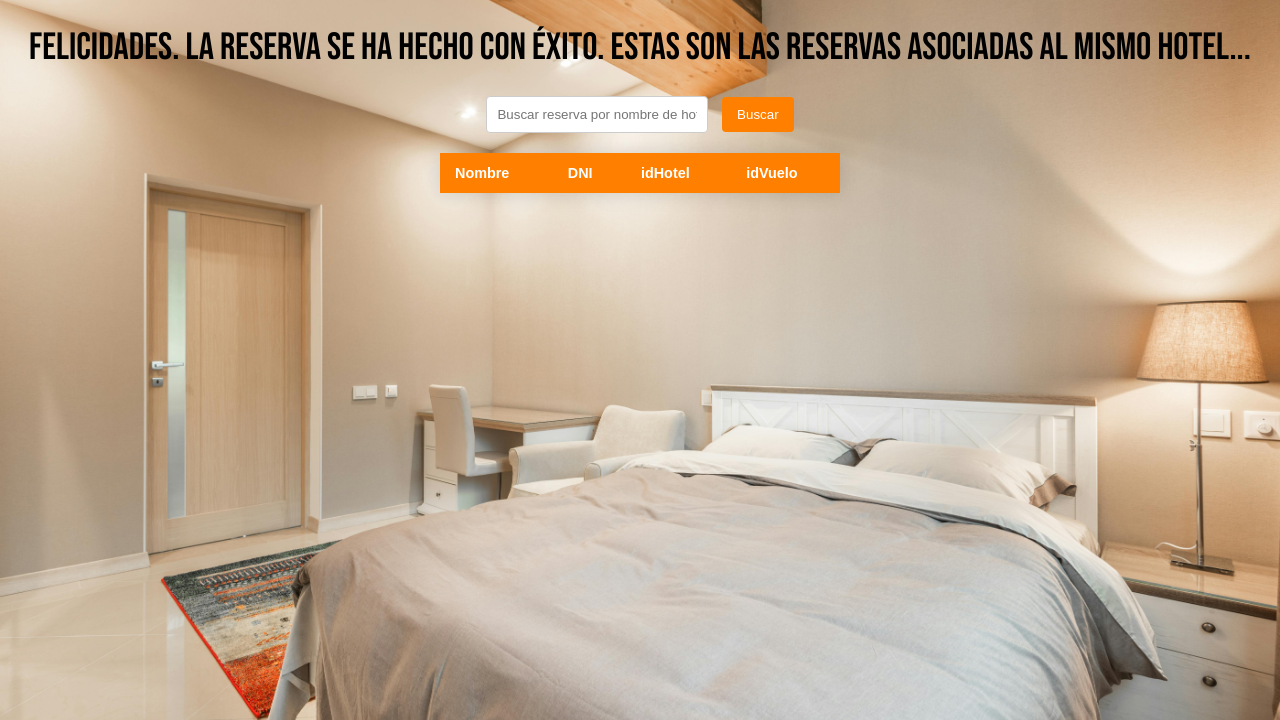
Repository: craschelf/GestionDeViajes-Microservicios
Page: http://localhost/listaReservas
These files come from the project's save history. The page is drawn as it stood at one moment and after the next save; the edit follows.
The browser window is 1280 px wide. The pictures show the whole page.
The page is this project's Thymeleaf template; nobody is signed in. The template is opened directly, without the code that normally fills it, so the values that code supplies are empty.

Above is the page before, as saved 2024-06-06 14:16:07.

### FrontProyectoFinal/src/main/resources/templates/listaReservas.html
<!DOCTYPE html>
<html lang="es">
<head>
    <meta charset="UTF-8">
    <meta name="viewport" content="width=device-width, initial-scale=1.0">
    <title>Hoteles</title>
    <link rel="stylesheet" href="/css/reservas.css">
    <link rel="preconnect" href="https://fonts.googleapis.com">
    <link rel="preconnect" href="https://fonts.gstatic.com" crossorigin>
    <link href="https://fonts.googleapis.com/css2?family=Oswald:wght@200..700&display=swap" rel="stylesheet">
    <link href="https://fonts.googleapis.com/css2?family=Bebas+Neue&display=swap" rel="stylesheet">
</head>
<body>
    <h1>Felicidades. La reserva se ha hecho con éxito. Estas son las reservas asociadas al mismo hotel...</h1>
	<form action="/reservas/buscar" method="get" class="search-container">
	    <input type="text" id="nombre" name="nombre" placeholder="Buscar reserva por nombre de hotel..."/>
	    <button type="submit">Buscar</button>
	</form>
    <table class="tablaConReservas">
        <thead>
            <tr>
                <th>Nombre</th>
                <th>DNI</th>
                <th>idHotel</th>
                <th>idVuelo</th>
            </tr>
        </thead>
        <tbody id="reservaTableBody">
            <tr th:each="reserva : ${reservas}" class="reserva">
                <td th:text="${reserva.nombreCliente}"></td>
                <td th:text="${reserva.dni}"></td>
                <td th:text="${reserva.idHotel}"></td>
                <td th:text="${reserva.idVuelo}"></td>
            </tr>
        </tbody>
    </table>
</body>
</html>

### FrontProyectoFinal/src/main/resources/static/css/reservas.css
h1 {
    text-align: center;
    font-family: "Bebas Neue", sans-serif;
    font-weight: 400;
    font-size: 38px;
    font-style: normal;
}
body {
    background-color: #f5f5f5;
    background-image: url('/fondo_hoteles.jpg');
    background-size: cover;
    background-position: center;
    background-attachment: fixed;
    font-family: 'Oswald', sans-serif;
}

.search-container {
    text-align: center;
    margin-bottom: 20px;
}

.search-container input[type="text"] {
    width: 200px;
    padding: 10px;
    margin-right: 10px;
    border: 1px solid #ccc;
    border-radius: 4px;
}

.search-container button {
    padding: 10px 15px;
    background-color: rgb(255, 128, 0);
    color: white;
    border: none;
    border-radius: 4px;
    cursor: pointer;
}

.search-container button:hover {
    background-color: rgb(255, 128, 0);
}

.search-container button:hover {
    background-color: rgb(255, 128, 0);
}

.tablaConReservas {
    border-collapse: collapse;
    margin: auto;
    font-size: 0.9em;
    font-family: sans-serif;
    min-width: 400px;
    box-shadow: 0 0 20px rgba(0, 0, 0, 0.15);
    background-color: rgb(255, 255, 255);
}

.tablaConReservas thead tr {
    background-color: rgb(255, 128, 0);
    color: #ffffff;
    text-align: left;
}

.tablaConReservas th,
.tablaConReservas td {
    padding: 12px 15px;
}

.tablaConReservas tbody tr {
    border-bottom: 1px solid #dddddd;
}

.tablaConReservas tbody tr:nth-of-type(even) {
    background-color: #f3f3f3;
}

.tablaConHoteles tr:last-of-type {
    border-bottom: 2px solid rgb(255, 128, 0);
}

.tablaConHoteles tbody tr.active-row {
    font-weight: bold;
    color: rgb(255, 128, 0);
}

After the next save:
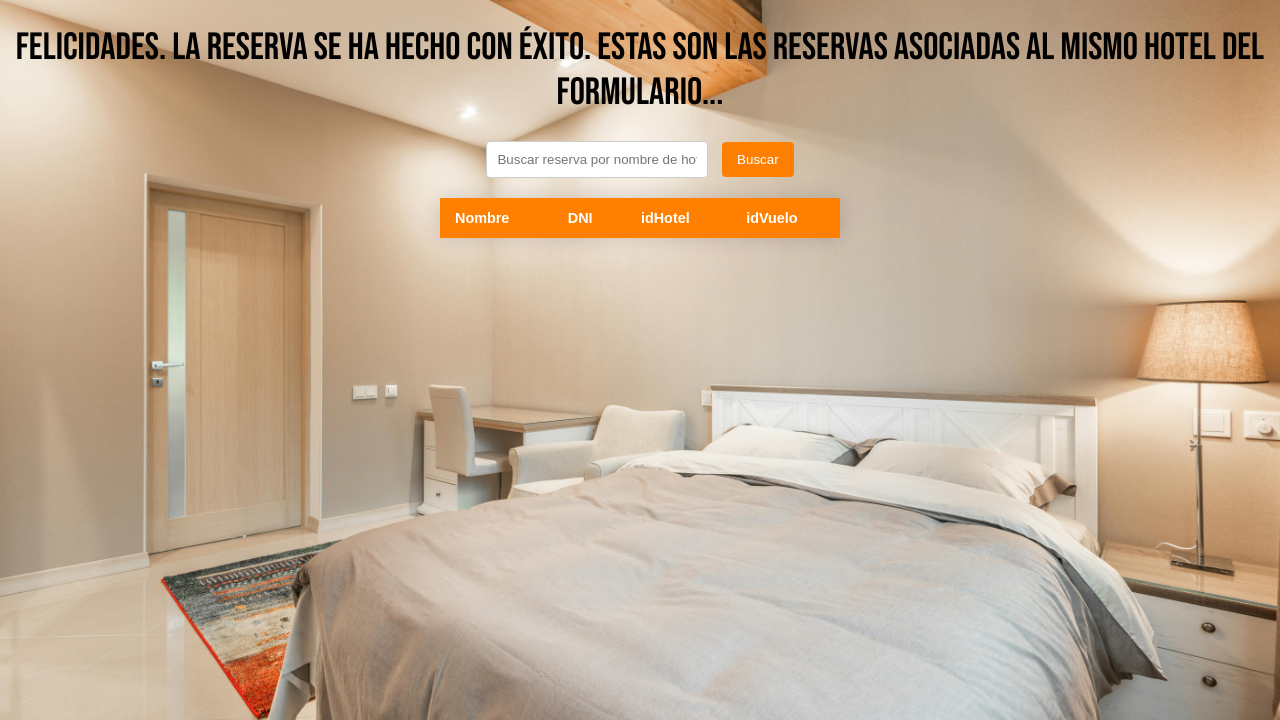
Saved 5 s later.
--- a/FrontProyectoFinal/src/main/resources/templates/listaReservas.html
+++ b/FrontProyectoFinal/src/main/resources/templates/listaReservas.html
@@ -11,7 +11,7 @@
     <link href="https://fonts.googleapis.com/css2?family=Bebas+Neue&display=swap" rel="stylesheet">
 </head>
 <body>
-    <h1>Felicidades. La reserva se ha hecho con éxito. Estas son las reservas asociadas al mismo hotel...</h1>
+    <h1>Felicidades. La reserva se ha hecho con éxito. Estas son las reservas asociadas al mismo hotel del formulario...</h1>
 	<form action="/reservas/buscar" method="get" class="search-container">
 	    <input type="text" id="nombre" name="nombre" placeholder="Buscar reserva por nombre de hotel..."/>
 	    <button type="submit">Buscar</button>
